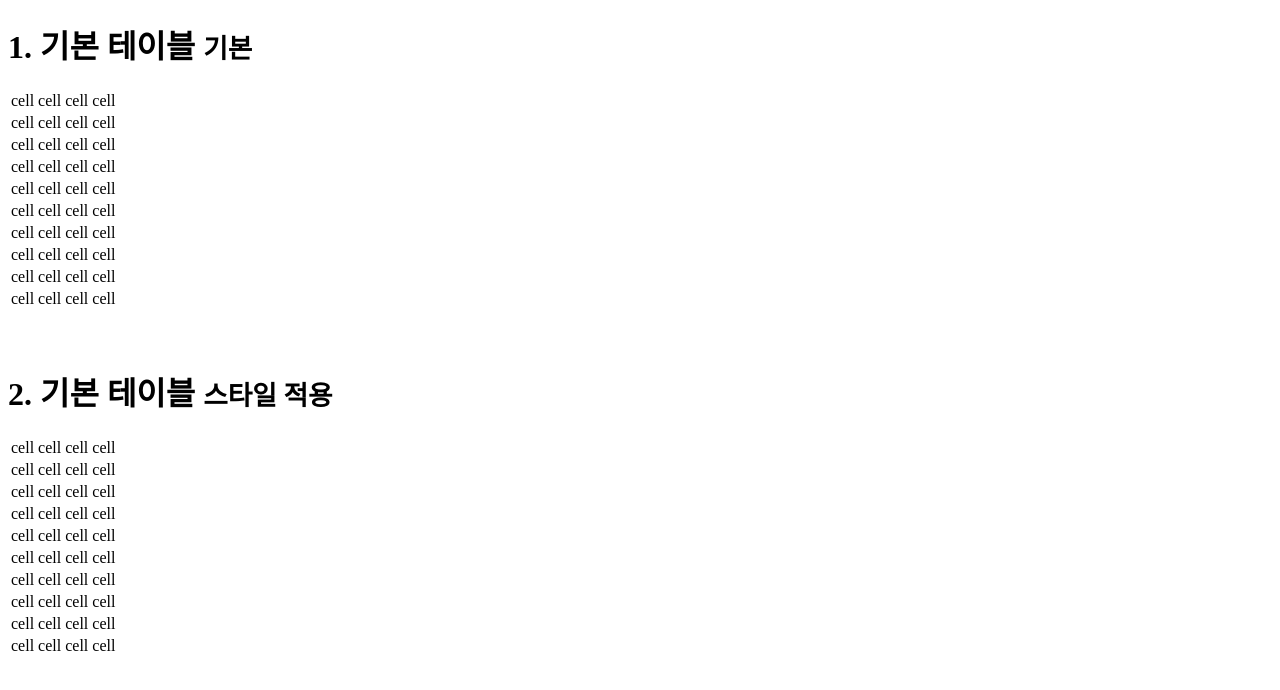
Repository: abbyinkr/BootstrapStudy
Page: BootStrapWork/WebContent/BootEx02.html
These files come from the project's save history. The page is drawn as it stood at one moment and after the next save; the edit follows.
The browser window is 1280 px wide. The pictures show the whole page.

Above is the page before, as saved 2021-07-01 03:29:42.

### BootStrapWork/WebContent/BootEx02.html
<!DOCTYPE html>
<html>
<head>
<meta charset="UTF-8">
<title>BootEx02.html</title>
<style type="text/css">

	/* 테이블 기본 서식 */
	#table
	{
		width: 500px;
		border: 1px solid black;
		border-collapse: collapse;
	}

	#table td
	{
		border: 1px solid black;
	}


</style>

</head>
<body>

<h1>1. 기본 테이블 <small>기본</small> </h1>

<!-- table>(tr>td{cell}*4)*10 -->
<table>
	<tr>
		<td>cell</td>
		<td>cell</td>
		<td>cell</td>
		<td>cell</td>
	</tr>
	<tr>
		<td>cell</td>
		<td>cell</td>
		<td>cell</td>
		<td>cell</td>
	</tr>
	<tr>
		<td>cell</td>
		<td>cell</td>
		<td>cell</td>
		<td>cell</td>
	</tr>
	<tr>
		<td>cell</td>
		<td>cell</td>
		<td>cell</td>
		<td>cell</td>
	</tr>
	<tr>
		<td>cell</td>
		<td>cell</td>
		<td>cell</td>
		<td>cell</td>
	</tr>
	<tr>
		<td>cell</td>
		<td>cell</td>
		<td>cell</td>
		<td>cell</td>
	</tr>
	<tr>
		<td>cell</td>
		<td>cell</td>
		<td>cell</td>
		<td>cell</td>
	</tr>
	<tr>
		<td>cell</td>
		<td>cell</td>
		<td>cell</td>
		<td>cell</td>
	</tr>
	<tr>
		<td>cell</td>
		<td>cell</td>
		<td>cell</td>
		<td>cell</td>
	</tr>
	<tr>
		<td>cell</td>
		<td>cell</td>
		<td>cell</td>
		<td>cell</td>
	</tr>
</table>


<br /><br />


<h1>2. 기본 테이블 <small>스타일 적용</small> </h1>

<!-- table>(tr>td{cell}*4)*10 -->
<table>
	<tr>
		<td>cell</td>
		<td>cell</td>
		<td>cell</td>
		<td>cell</td>
	</tr>
	<tr>
		<td>cell</td>
		<td>cell</td>
		<td>cell</td>
		<td>cell</td>
	</tr>
	<tr>
		<td>cell</td>
		<td>cell</td>
		<td>cell</td>
		<td>cell</td>
	</tr>
	<tr>
		<td>cell</td>
		<td>cell</td>
		<td>cell</td>
		<td>cell</td>
	</tr>
	<tr>
		<td>cell</td>
		<td>cell</td>
		<td>cell</td>
		<td>cell</td>
	</tr>
	<tr>
		<td>cell</td>
		<td>cell</td>
		<td>cell</td>
		<td>cell</td>
	</tr>
	<tr>
		<td>cell</td>
		<td>cell</td>
		<td>cell</td>
		<td>cell</td>
	</tr>
	<tr>
		<td>cell</td>
		<td>cell</td>
		<td>cell</td>
		<td>cell</td>
	</tr>
	<tr>
		<td>cell</td>
		<td>cell</td>
		<td>cell</td>
		<td>cell</td>
	</tr>
	<tr>
		<td>cell</td>
		<td>cell</td>
		<td>cell</td>
		<td>cell</td>
	</tr>
</table>



</body>
</html>

After the next save:
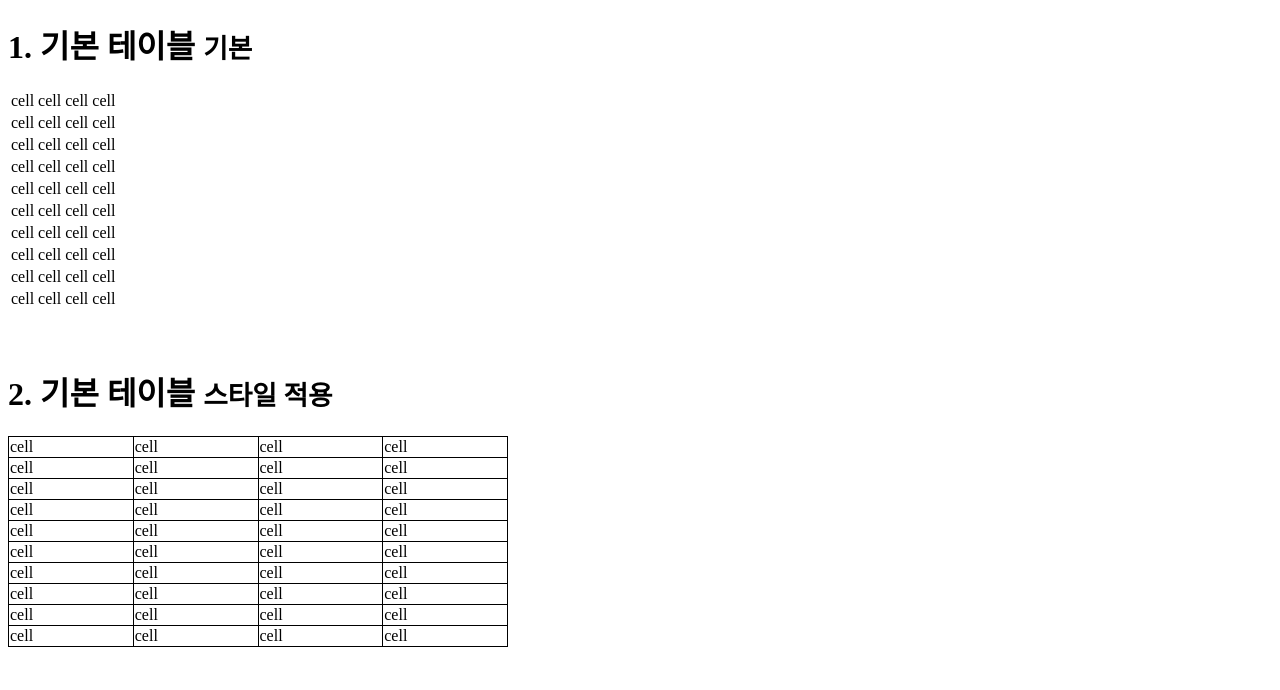
Saved 20 s later.
--- a/BootStrapWork/WebContent/BootEx02.html
+++ b/BootStrapWork/WebContent/BootEx02.html
@@ -97,7 +97,7 @@
 <h1>2. 기본 테이블 <small>스타일 적용</small> </h1>
 
 <!-- table>(tr>td{cell}*4)*10 -->
-<table>
+<table id="table">
 	<tr>
 		<td>cell</td>
 		<td>cell</td>
